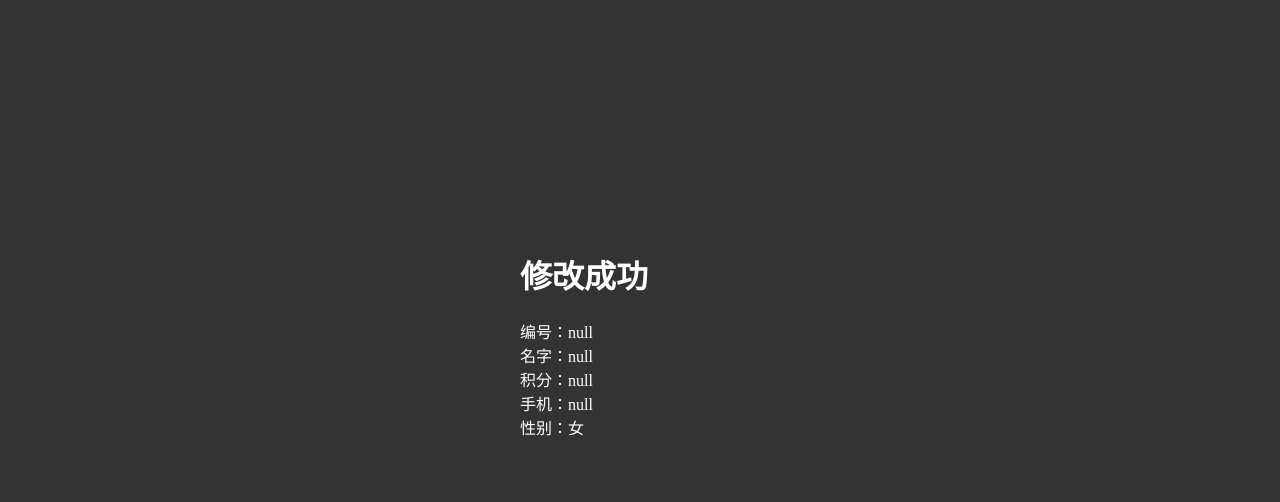
Repository: JasonYan2015/FE-learning-examples
Page: http://localhost/test20160727/toUpdate.jsp
The author's editor kept a copy of each file at every save. The page is drawn from the files as they stood at one save, then again after the next save.
The browser window is 1280 px wide. The pictures show the whole page.
The page is served by Tomcat 9.

Above is the page before, as saved 2016-07-28 06:58:14.

After the next save:
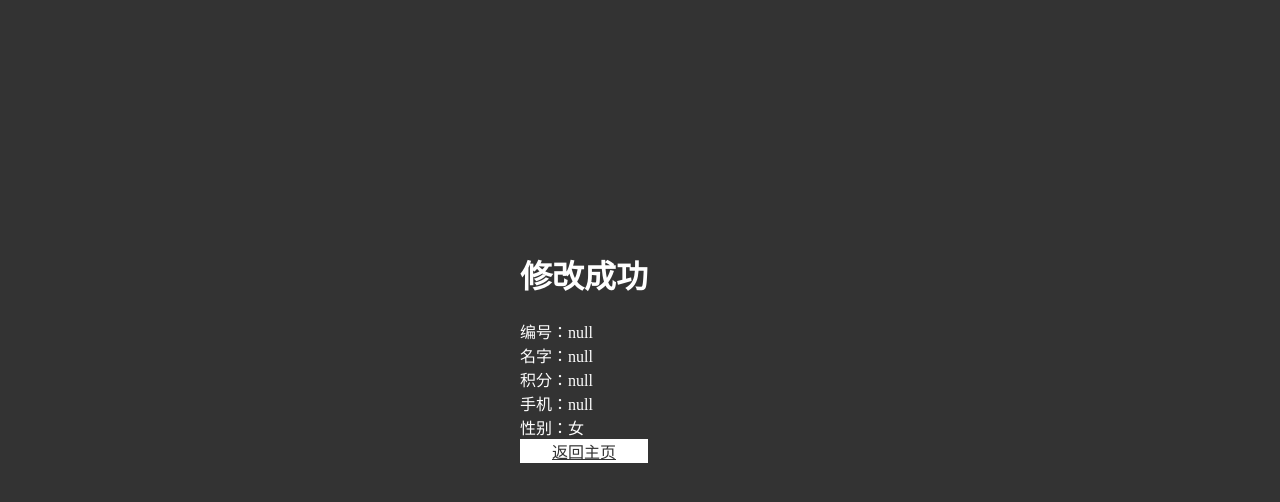
Saved 83 s later.
--- a/eclipse/test20160727/WebContent/toUpdate.jsp
+++ b/eclipse/test20160727/WebContent/toUpdate.jsp
@@ -42,5 +42,7 @@
 	积分：<%=score %><br>
 	手机：<%=phone %><br>
 	性别：<%=sex %><br>
+		<div style="background-color: white;text-align: center;"><a href="home.jsp" style="color: #333;">返回主页</a></div>
+
 </body>
 </html>
